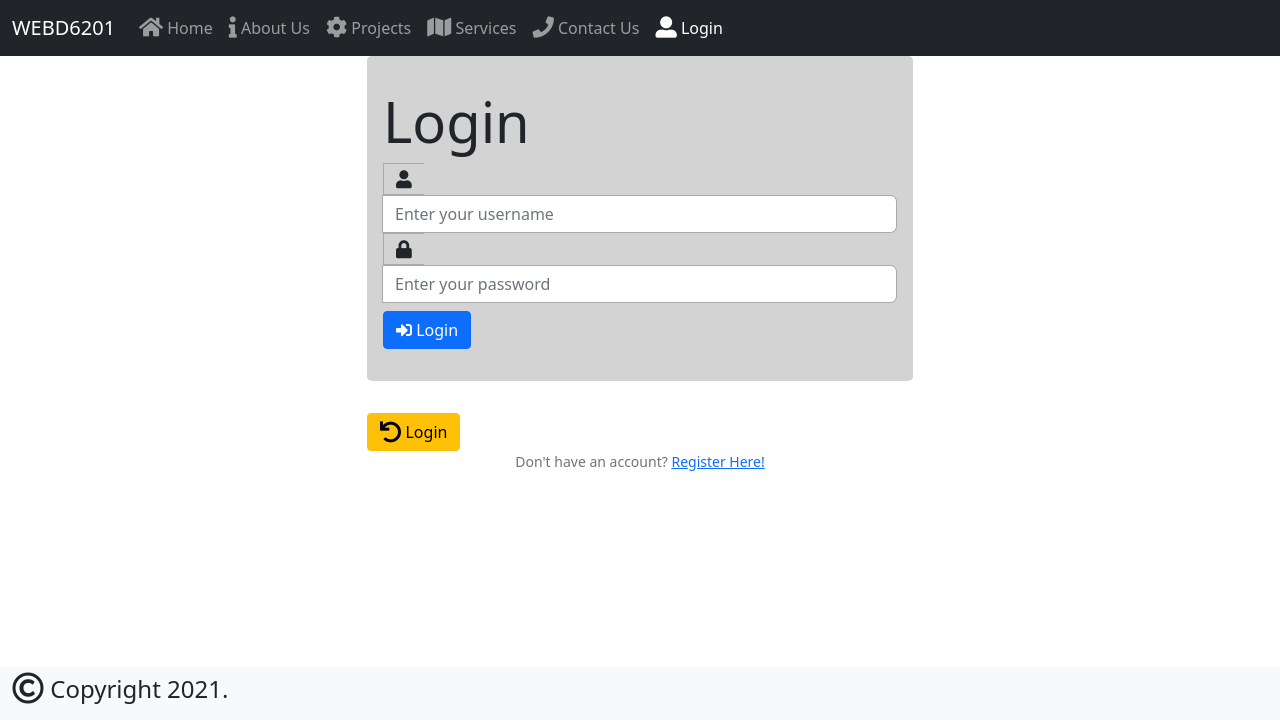
Repository: CKM206/WebD6201-W2021-ICE5
Page: login.html
These files come from the project's save history. The page is drawn as it stood at one moment and after the next save; the edit follows.
The browser window is 1280 px wide. The pictures show the whole page.

Above is the page before, as saved 2021-03-07 01:25:42.

### login.html
<!DOCTYPE html>
<html lang="en">
<head>
    <meta charset="UTF-8">
    <meta name="viewport" content="width=device-width, initial-scale=1.0">
    <title>Login</title>
    <!-- CSS Section -->
    <link rel="stylesheet" href="./node_modules/bootstrap/dist/css/bootstrap.min.css">
    <link rel="stylesheet" href="./node_modules/@fortawesome/fontawesome-free/css/all.min.css">
    <link rel="stylesheet" href="./Content/app.css">
</head>
<body>
    <!-- Main Header -->
    <header>
        <!-- Main Navigation -->
        <nav class="navbar navbar-expand-lg navbar-dark bg-dark">
            <div class="container-fluid">
              <a class="navbar-brand" href="index.html">WEBD6201</a>
              <button class="navbar-toggler" type="button" data-bs-toggle="collapse" data-bs-target="#navbarSupportedContent" aria-controls="navbarSupportedContent" aria-expanded="false" aria-label="Toggle navigation">
                <span class="navbar-toggler-icon"></span>
              </button>
              <div class="collapse navbar-collapse" id="navbarSupportedContent">
                <ul class="navbar-nav me-auto mb-2 mb-lg-0">
                  <li class="nav-item">
                    <a class="nav-link" aria-current="page" href="index.html"><i class="fas fa-home fa-lg"></i> Home</a>
                  </li>

                  <li class="nav-item">
                    <a class="nav-link" aria-current="page" href="about.html"><i class="fas fa-info fa-lg"></i> About Us</a>
                  </li>

                  <li class="nav-item">
                    <a class="nav-link" aria-current="page" href="projects.html"><i class="fas fa-cog fa-lg"></i> Projects</a>
                  </li>

                  <li class="nav-item">
                    <a class="nav-link" aria-current="page" href="services.html"><i class="fas fa-map fa-lg"></i> Services</a>
                  </li>

                  <li class="nav-item">
                    <a class="nav-link" aria-current="page" href="contact.html"><i class="fas fa-phone fa-lg"></i> Contact Us</a>
                  </li>
                  <li id="loginListItem" class="nav-item">
                    <a class="nav-link active" aria-current="page" href="login.html"><i class="fas fa-user-alt fa-lg"></i> Login</a>
                  </li>
                </ul>
              </div>
            </div>
          </nav>
    </header>

    <!-- Main Content -->
    <main class="container" id="mainContent">
      <div class="row">
          <div class="offset-md-3 col-md-6 col-sm-12">
                <div class="login" id="contentArea">
                    <h1 class="display-4">Login</h1>
                    <form id="loginForm" novalidate>

                      <div class="form-group">
                        <div class="input-group">
                          <span class="input-group-addon">
                            <i class="fa fa-user">
                            </i>
                          </span>
                          <input type="text" class="form-control" id="username" name="username"  required
                          value="" placeholder="Enter your username">
                        </div>

                      </div>

                      <div class="form-group mb-2">
                        <div class="input-group">
                          <span class="input-group-addon">
                            <i class="fa fa-lock">
                            </i>
                          </span>
                          <input type="password" class="form-control" id="password" name="password"  required
                          value="" placeholder="Enter your password">
                        </div>

                      </div>
                      <div class="text-right">
                        <button id="loginButton" type="submit" class="btn btn-primary"> <i class="fas fa-sign-in-alt"></i> Login</button>
                      </div>

                    </div>
                    <div class="text-right">
                      <button id="cancelButton" type="button" class="btn btn-warning"> <i class="fas fa-undo fa-lg"></i> Login</button>
                    </div>
                    </form>

                </div>
                <p class="text-center text-muted small">
                  Don't have an account?
                  <a href="register.html">Register Here!</a>
                </p>
          </div>
      </div>
  </main>

    <!-- Main Footer -->
    <footer>
        <nav class="navbar fixed-bottom navbar-light bg-light">
            <div class="container-fluid">
              <h4><i class="far fa-copyright fa-lg"></i> Copyright 2021.</h4>
            </div>
          </nav>
    </footer>

    <!-- Script Section-->
    <script src="./node_modules/jquery/dist/jquery.min.js"></script>
    <script src="./node_modules/bootstrap/dist/js/bootstrap.bundle.min.js"></script>

    <script src="./Scripts/namespace.js"></script>
    <script src="./Scripts/contact.js"></script>
    <script src="./Scripts/user.js"></script>
    <script src="./Scripts/app.js"></script>
</body>
</html>

### Content/app.css
/* custom css goes here */
.input-group-addon:first-child
{
    border-right: 0;
}

.input-group-addon
{
    padding: 6px 12px;
    font-size: 14px;
    font-weight: 400;
    line-height: 1;
    text-align: center;
    border: 1px solid darkgrey;
    border-radius: 4xpx;
}

.input-group-addon .fa
{
    font-size: 18px;
}

.input-group .form-control
{
    position:relative;
    z-index: 2;
    float:left;
    width: 100%;
    margin-bottom: 0;
}

.input-group .form-control:last-child
{
    border-top-left-radius: 0;
    border-bottom-left-radius: 0;
}



.login
{
    padding: 2rem 1rem;
    margin-bottom: 2rem;
    background-color: lightgrey;
    border-radius: .3rem;
}

.login input
{
    background-color: white;
    border-color: darkgrey;
    border-radius: .4em;
    width: 100%;
}

### Scripts/namespace.js

// namespace core
let core;

### Scripts/contact.js
"use strict";
// Contact Class

((core)=>{
  class Contact {
    // getters and setters
    get FullName()
    {
      return this.m_fullName;
    }

    set FullName(value)
    {
      this.m_fullName = value;
    }

    get ContactNumber()
    {
      return this.m_contactNumber;
    }

    set ContactNumber(value)
    {
      this.m_contactNumber = value;
    }

    get EmailAddress()
    {
      return this.m_emailAddress;
    }

    set EmailAddress(value)
    {
      this.m_emailAddress = value;
    }

    // constructor

    /**
     * @param {string} fullName
     * @param {string} contactNumber
     * @param {string} emailAddress
     */
    constructor(fullName = "", contactNumber = "", emailAddress = "")
    {
      this.FullName = fullName;
      this.ContactNumber = contactNumber;
      this.EmailAddress = emailAddress;
    }

    // methods

    /**
     * This method overrides the built-in toString method for the Contact class
     *
     * @returns {string}
     */
    toString()
    {
      return `Full Name     : ${this.FullName} \nContact Number: ${this.ContactNumber}\nEmail Address : ${this.EmailAddress}`;
    }

    /**
     * This method returns a JSON object made up of the properties of the Contact class
     *
     * @returns {Object}
     */
    toJSON()
    {
      return {
        "FullName": this.FullName,
        "ContactNumber": this.ContactNumber,
        "EmailAddress": this.EmailAddress
      }
    }

    /**
     * This method takes a Json data Object and assigns the values to the Contact Class Object.
     * @param {Object} data
     */
    fromJSON(data)
    {
      this.FullName = data.FullName,
      this.ContactNumber = data.ContactNumber,
      this.EmailAddress = data.EmailAddress;
    }

    /**
     * This method converts the Contact into a comma-separated value string
     *
     * @returns {string}
     */
    serialize()
    {
      if(this.FullName !== "" && this.ContactNumber !== "" && this.EmailAddress !== "")
      {
        return `${this.FullName},${this.ContactNumber},${this.EmailAddress}`;
      }
      else
      {
        console.error("One or more properties of the Contact is empty");
        return null;
      }
    }

    /**
     * This method takes a comma-separated data string and assigns the values to the Contact class properties
     *
     * @param {string} data
     * @return {void}
     */
    deserialize(data)
    {
      let propertyArray = data.split(",");
      this.FullName = propertyArray[0];
      this.ContactNumber = propertyArray[1];
      this.EmailAddress = propertyArray[2];
    }

  }

  core.Contact = Contact;

})(core || (core={}));

### Scripts/user.js
"use strict";
// User Class

((core)=>{
  class User {
    // getters and setters
    get DisplayName()
    {
      return this.m_displayName;
    }

    set DisplayName(value)
    {
      this.m_displayName = value;
    }

    get EmailAddress()
    {
      return this.m_emailAddress;
    }

    set EmailAddress(value)
    {
      this.m_emailAddress = value;
    }

    get UserName()
    {
      return this.m_username;
    }

    set UserName(value)
    {
      this.m_username = value;
    }

    get Password()
    {
      return this.m_password;
    }

    set Password(value)
    {
      this.m_password = value;
    }

    // constructor

   /**
    * Creates an instance of User.
    * @param {string} [displayName=""]
    * @param {string} [emailAddress=""]
    * @param {string} [username=""]
    * @param {string} [password=""]
    * @memberof User
    */
   constructor(displayName = "", emailAddress = "", username = "", password = "")
    {
      this.DisplayName = displayName;
      this.EmailAddress = emailAddress;
      this.Username = username;
      this.Password = password;
    }

    // methods

    /**
     * This method overrides the built-in toString method for the User class
     *
     * @returns {string}
     */
    toString()
    {
      return `Display Name     : ${this.DisplayName} \nEmail Address : ${this.EmailAddress} \nUser Name: ${this.Username}`;
    }

    /**
     * This method returns a JSON object made up of the properties of the User class
     *
     * @returns {Object}
     */
    toJSON()
    {
      return {
        "DisplayName": this.DisplayName,
        "EmailAddress": this.EmailAddress,
        "Username": this.Username,
        "Password": this.Password
      }
    }

    /**
     * This method takes a Json data Object and assigns the values to the User Class Object.
     * @param {Object} data
     */
    fromJSON(data)
    {
      this.DisplayName = data.DisplayName;
      this.EmailAddress = data.EmailAddress;
      this.Username = data.Username;
      this.Password = data.Password;
    }

    /**
     * This method converts the User into a comma-separated value string
     *
     * @returns {string}
     */
    serialize()
    {
      if(this.DisplayName !== "" && this.EmailAddress !== "" && this.UserName !== "")
      {
        return `${this.DisplayName},${this.EmailAddress},${this.UserName}`;
      }
      else
      {
        console.error("One or more properties of the User is empty");
        return null;
      }
    }

    /**
     * This method takes a comma-separated data string and assigns the values to the User class properties
     *
     * @param {string} data
     * @return {void}
     */
    deserialize(data)
    {
      let propertyArray = data.split(",");
      this.DisplayName = propertyArray[0];
      this.EmailAddress = propertyArray[1];
      this.UserName = propertyArray[2];
    }

  }

  core.User = User;

})(core || (core={}));

### Scripts/app.js
/* custom JavaScript goes here */

//IIFE - Immediately Invoked Function Expression
//AKA - Anonymous Self-Executing Function
//Closure - limits scope leak

"use strict";

((core) =>
{
    function displayHome()
    {
        let paragraphOneText =
          "This is a simple site to demonstrate DOM Manipulation for ICE 1";

        let paragraphOneElement = document.getElementById("paragraphOne");

        paragraphOneElement.textContent = paragraphOneText;
        paragraphOneElement.className = "fs-5";

        // Step 1. document.createElement
        let newParagraph = document.createElement("p");
        // Step 2. configure the element
        newParagraph.setAttribute("id", "paragraphTwo");
        newParagraph.textContent = "...And this is paragraph two";
        // Step 3. select the parent element
        let mainContent = document.getElementsByTagName("main")[0];
        // Step 4. Add / Insert the element
        mainContent.appendChild(newParagraph);

        newParagraph.className = "fs-6";

        // another way of injecting content
        let paragraphDiv = document.createElement("div");
        let paragraphThree = `<p id="paragraphThree" class="fs-7 fw-bold">And this is the Third Paragraph</p>`;
        paragraphDiv.innerHTML = paragraphThree;

        // insertions

        // example of inserting before a node
        //newParagraph.before(paragraphDiv);

        // example of inserting after a node
        newParagraph.after(paragraphDiv);

        // deletions

        // example of removing a single element
        //paragraphOneElement.remove();

        // example of removeChild
        mainContent.removeChild(paragraphOneElement);

        // update / modification
        //mainContent.firstElementChild.textContent = "Welcome Home!";

        mainContent.innerHTML = `<h1 id="firstHeading">Welcome to WEBD6201 - Lab 1</h1>
         <p id="paragraphOne" class="fs-3 fw-bold">This is my first Paragraph</p>
        `;

    }

    function displayAbout()
    {

    }

    function displayProjects()
    {

    }

    function displayServices()
    {

    }

    function testFullName()
    {
      let messageArea = $("#messageArea").hide();
      let fullNamePattern = /([A-Z][a-z]{1,25})+(\s|,|,\s|-)([A-Z][a-z]{1,25})(\s|,|,\s|-)*/

        // form validation
        $("#fullName").on("blur", function()
        {
          if(!fullNamePattern.test($(this).val()))
          {
            $(this).trigger("focus").trigger("select");
            messageArea.show().addClass("alert alert-danger").text("Please enter a valid Full Name. This must include at least an Capitalized First and Last Name.");
          }
          else
          {
              messageArea.removeAttr("class").hide();
          }
        });
    }

    function testContactNumber()
    {
      let messageArea = $("#messageArea").hide();
      let contactNumberPattern = /^(\+\d{1,2}\s)?\(?\d{3}\)?[\s.-]?\d{3}[\s.-]?\d{4}$/
        // form validation
        $("#contactNumber").on("blur", function()
        {
          if(!contactNumberPattern.test($(this).val()))
          {
            $(this).trigger("focus").trigger("select");
            messageArea.show().addClass("alert alert-danger").text("Please enter a valid Contact Number. Country Code and Area Code are optional.");
          }
          else
          {
              messageArea.removeAttr("class").hide();
          }
        });
    }

    function testEmailAddress()
    {
      let messageArea = $("#messageArea").hide();
      let emailAddressPattern = /^([a-zA-Z0-9._%-]+@[a-zA-Z0-9.-]+\.[a-zA-Z]{2,6})*$/
        // form validation
        $("#emailAddress").on("blur", function()
        {
          if(!emailAddressPattern.test($(this).val()))
          {
            $(this).trigger("focus").trigger("select");
            messageArea.show().addClass("alert alert-danger").text("Please enter a valid email address.");
          }
          else
          {
              messageArea.removeAttr("class").hide();
          }
        });
    }

    function formValidation()
    {
      testFullName();
      testContactNumber();
      testEmailAddress();
    }

    function displayContact()
    {

      // Form Validation
      formValidation();

      $("#sendButton").on("click", (event)=>
      {
        if($("#subscribeCheckbox")[0].checked)
        {
          let contact = new core.Contact(fullName.value, contactNumber.value, emailAddress.value);

          if(contact.serialize())
          {
            let key = contact.FullName.slice(0,1) + Date.now();
            localStorage.setItem(key, contact.serialize());
          }
          }
      });
    }

    function displayContactList()
    {
      // SHows what happens with asynchronous methods
      //console.log("Outside the event listener: " + XHR.responseText);

      if (localStorage.length > 0)
      {
        let contactList = document.getElementById("contactList");

        let data = "";

        let keys = Object.keys(localStorage);

        let index = 0;

        for (const key of keys)
        {

          let contactData = localStorage.getItem(key);

          let contact = new core.Contact();
          contact.deserialize(contactData);

          data += `<tr>
          <th class="text-center" scope="row">${index}</th>
          <td>${contact.FullName}</td>
          <td>${contact.ContactNumber}</td>
          <td>${contact.EmailAddress}</td>
          <td class="text-center"><button value="${key}" class="btn btn-primary btn-sm edit"><i class="fas fa-edit fa-sm"></i> Edit</button></td>
          <td class="text-center"><button value="${key}" class="btn btn-danger btn-sm delete"><i class="fas fa-trash-alt fa-sm"></i> Delete</button></td>
        </tr>`;

        index++;
        }

        contactList.innerHTML = data;


        $("button.edit").on("click", function(){
          location.href = "edit.html#" + $(this).val();
         });

         $("button.delete").on("click", function(){
           if(confirm("Are you sure?"))
           {
            localStorage.removeItem($(this).val());
            location.href = "contact-list.html"; // refresh the page
           }
         });

         $("#addButton").on("click", function()
         {
           location.href = "edit.html";
         });
      }
    }


    function displayEdit()
    {
      // Get the Key from the url hash
      let key = location.hash.substring(1);
      // Set up a new contact to hold info
      let contact = new core.Contact();

      // Check if the key is empty, if not
      if (key != "")
      {
        // Get the contact information
        contact.deserialize(localStorage.getItem(key));

        // Display the information in the form
        $("#fullName").val(contact.FullName);
        $("#contactNumber").val(contact.ContactNumber);
        $("#emailAddress").val(contact.EmailAddress);
      }
      else
      {
        $("main>h1").text("Add Contact");
        $("#editButton").html('<i class="fas fa-plus-circle fa-lg"></i> Add');
      }

      // Form Validation
      formValidation();

      // When the edit button is clicked
      $("#editButton").one("click", function()
      {

        if(document.forms[0].checkValidity())
        {
          // If the key is empty, we are making a new contact
          if(key == "")
          {
            // Create a new key for this contact
            key = contact.FullName.slice(0,1) + Date.now();
          }

          // Copy the Contact Info from the form into the Contact Objet
          contact.FullName = $("#fullName").val();
          contact.ContactNumber = $("#contactNumber").val();
          contact.EmailAddress = $("#emailAddress").val();

          // Add the Contact to LocalStorage
          localStorage.setItem(key, contact.serialize());
          location.href = "contact-list.html";
        }
      });

      // When the Cancel Button is clicked
      $("#cancelButton").on("click", function()
      {
        // Return the user to the contact list
        location.href = "contact-list.html";
      });

    }

    function displayLogin()
    {

    }

    function displayRegister()
    {

    }


    function Start()
    {
        console.log("App Started...");

        switch (document.title)
        {
          case "Home":
              displayHome();
            break;
          case "About":
              displayAbout();
            break;
          case "Projects":
              displayProjects();
            break;
          case "Services":
              displayServices();
            break;
          case "Contact":
              displayContact();
            break;
          case "Contact-List":
            displayContactList();
            break;
          case "Edit":
            displayEdit();
            break;
          case "Login":
            displayLogin();
            break;
          case "Register":
            displayRegister();
            break;
        }

    }

    window.addEventListener("load", Start);

    core.Start = Start;

})(core || (core={}));

Loaded but not shown: node_modules/bootstrap/dist/css/bootstrap.min.css (library); node_modules/@fortawesome/fontawesome-free/css/all.min.css (library); node_modules/jquery/dist/jquery.min.js (library); node_modules/bootstrap/dist/js/bootstrap.bundle.min.js (library)

After the next save:
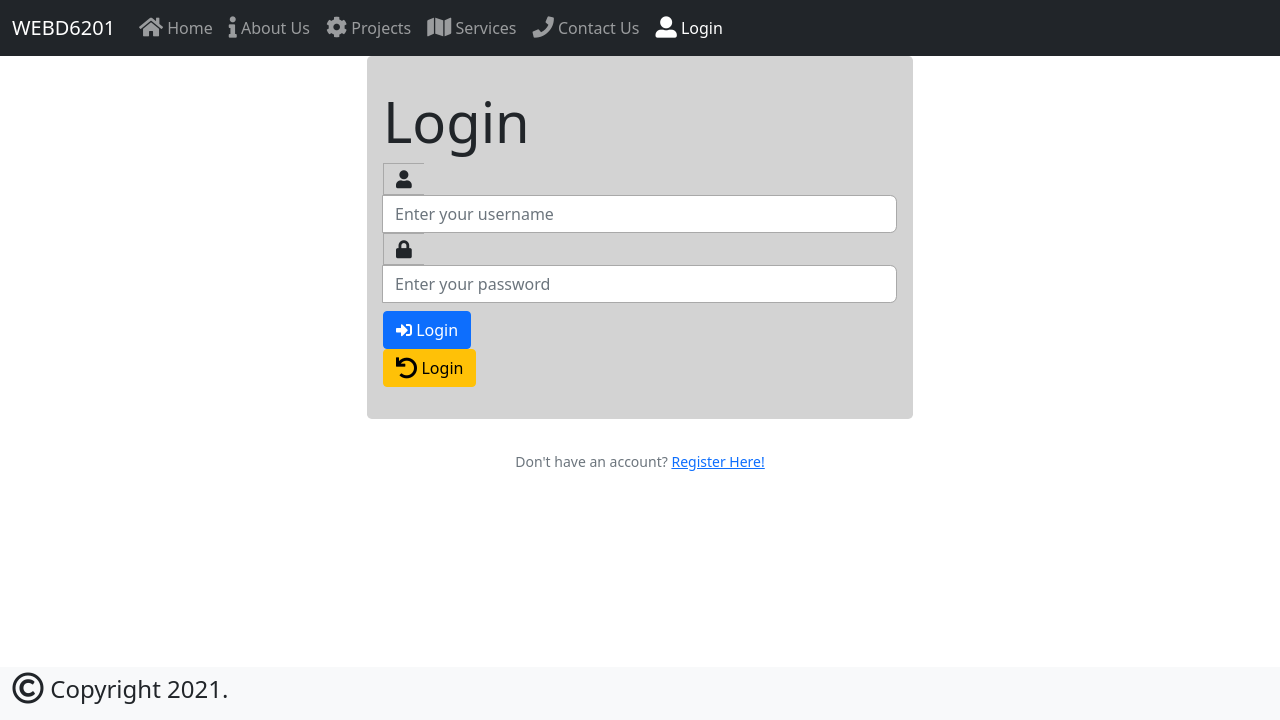
Saved 12 s later.
--- a/login.html
+++ b/login.html
@@ -84,11 +84,11 @@
                         <button id="loginButton" type="submit" class="btn btn-primary"> <i class="fas fa-sign-in-alt"></i> Login</button>
                       </div>
 
+                      <div class="text-right">
+                        <button id="cancelButton" type="button" class="btn btn-warning"> <i class="fas fa-undo fa-lg"></i> Login</button>
+                      </div>
+                      </form>
                     </div>
-                    <div class="text-right">
-                      <button id="cancelButton" type="button" class="btn btn-warning"> <i class="fas fa-undo fa-lg"></i> Login</button>
-                    </div>
-                    </form>
 
                 </div>
                 <p class="text-center text-muted small">
